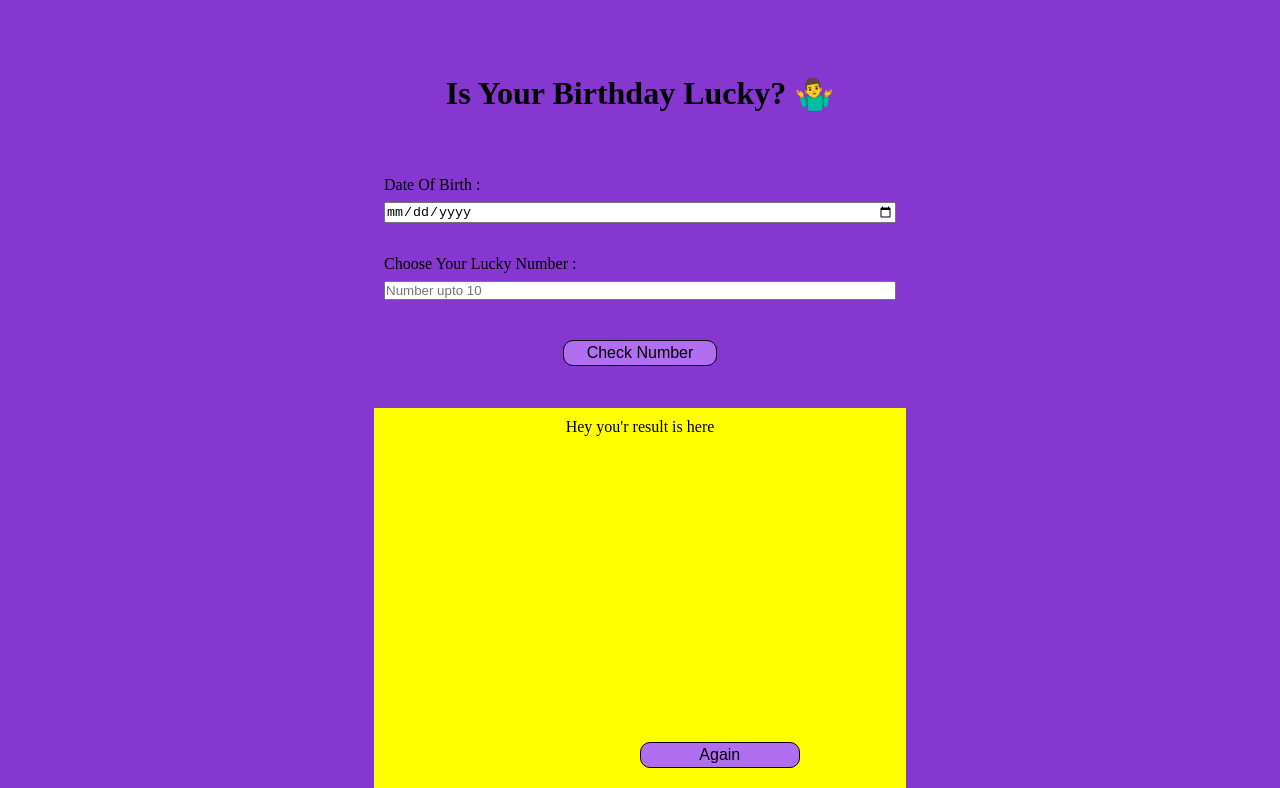
Repository: patelamancode/Lucky-Birthday-App
Page: index.html
An editor plug-in stored every save of this project. The page is shown before and after the next save, followed by the edit.
The browser window is 1280 px wide. The pictures show the whole page.

Above is the page before, as saved 2022-11-23 15:20:07.

After the next save:
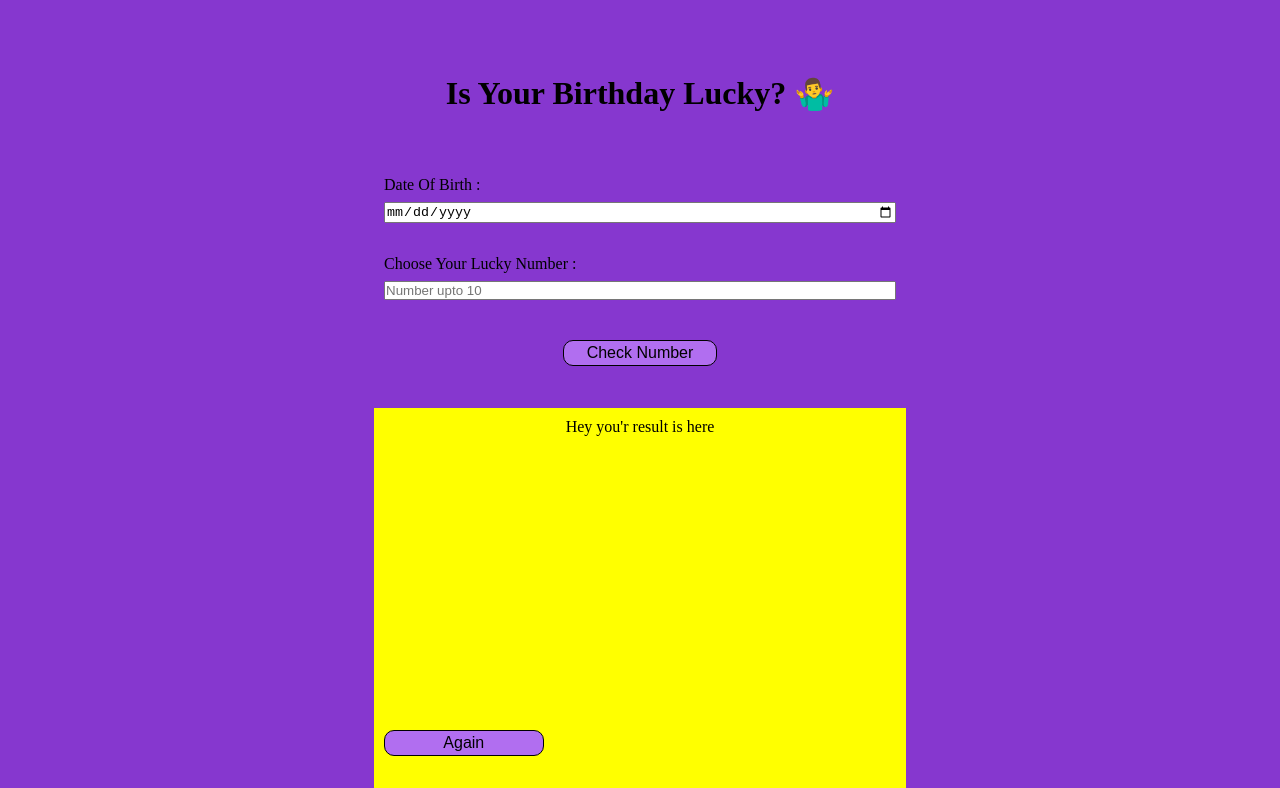
Saved 18 s later.
--- a/index.css
+++ b/index.css
@@ -61,6 +61,6 @@
 
  #back-btn{
    position: absolute;
-   bottom: 20px;
-   left: 50%;
+   bottom: 2rem;
+   left: 50p;
  }
